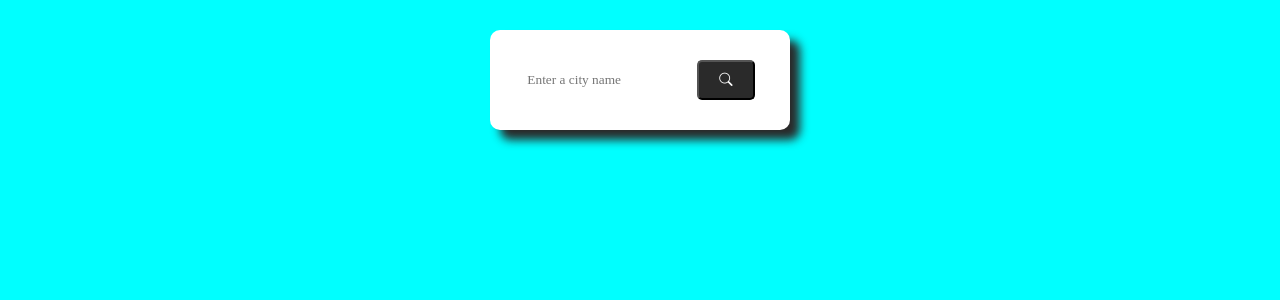
Repository: CrissRT/weather
Page: index.html
These files come from the project's save history. The page is drawn as it stood at one moment and after a run of saves; the edit follows.
The browser window is 1280 px wide. The pictures show the whole page.
Some web fonts or font styles are not loaded; a fallback is used.

Above is the page before, as saved 2024-06-30 15:24:06.

After the next 2 saves:
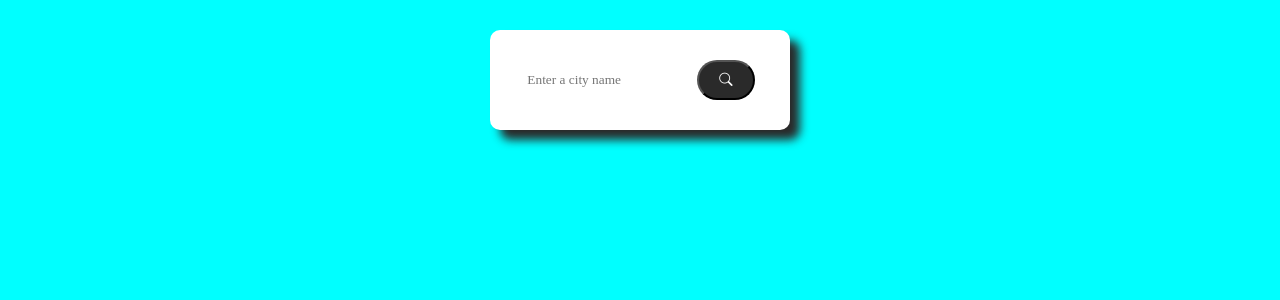
The 2 saves are shown as one change because they came seconds apart.
The last was saved 9 s later.
--- a/style.css
+++ b/style.css
@@ -50,6 +50,6 @@ body {
     padding: 10px 20px;
     text-align: center;
     text-decoration: none;
-    border-radius: 5px;
+    border-radius: 20px;
     cursor: pointer;
 }
